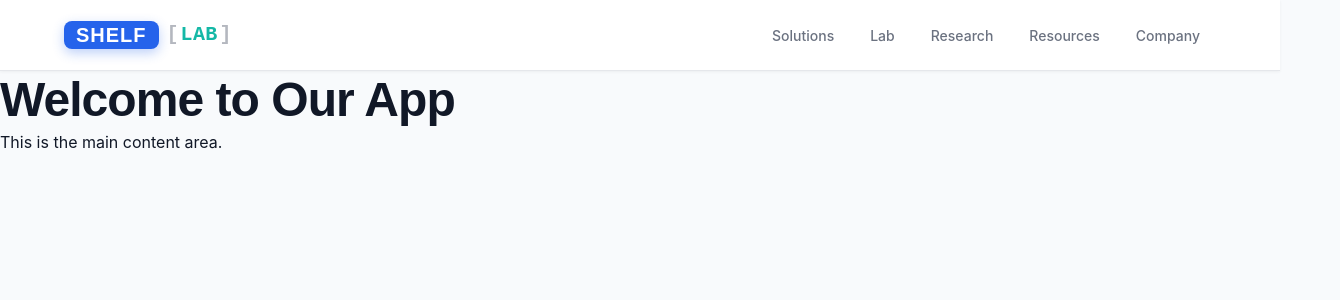
Repository: VladimirGagarin/shelf
Page: /
An editor plug-in stored every save of this project. The page is shown before and after a run of saves, followed by the edit.
The browser window is 1280 px wide. The page is 1340 px wide, so the pictures cover 1340 px, including what lies to the right of the window. The pictures show the whole page.
The project was rebuilt for these pictures with package versions that can differ from the ones it lists, and the page was loaded fresh each time. Also part of the build but not shown: vite.config.js, src/App.css, src/About/about.jsx.

Above is the page before, as saved 2026-07-13 18:20:41.

### index.html
<!doctype html>
<html lang="en">
  <head>
    <meta charset="UTF-8" />
    <link rel="icon" type="image/svg+xml" href="/favicon.svg" />
    <meta name="viewport" content="width=device-width, initial-scale=1.0" />
    <title>shelf-lab</title>
  </head>
  <body>
    <div id="root"></div>
    <script type="module" src="/src/main.jsx"></script>
  </body>
</html>

### src/main.jsx
import { StrictMode } from 'react'
import { createRoot } from 'react-dom/client'
import './index.css'
import App from './App.jsx'
import { createBrowserRouter, RouterProvider } from "react-router-dom";
import AboutPage from './About/about.jsx'

const router = createBrowserRouter([
  {
    path: "/",
    element: <App />,
  },
  {
    path: "/about",
    element: <AboutPage />,
  },
  {
    path:"*",
    element: <App/>,
  }
]);

createRoot(document.getElementById('root')).render(
  <StrictMode>
    <RouterProvider router={router} />
  </StrictMode>,
)

### src/App.jsx
import Navbar from "./Shared/components/Navbar"
import './App.css'

function App() {


  return (
    <>
      <Navbar />
      <section className="LandingPage">
        <h1>Welcome to Our App</h1>
        <p>This is the main content area.</p>
      </section>
      <section className="LandingPage"></section>
    </>
  )
}

export default App

### src/About/about.css
/* about.css */

/* ========================================
   ABOUT PAGE STYLES
   ======================================== */

   :root {
  /* ===== COLORS ===== */
  /* Backgrounds */
  --bg-primary: #F8FAFC;
  --bg-surface: #FFFFFF;
  --bg-card: #FFFFFF;

  /* Primary */
  --color-primary: #2563EB;
  --color-primary-hover: #1D4ED8;

  /* Accent */
  --color-accent: #14B8A6;

  /* Text */
  --color-text: #111827;
  --color-text-secondary: #6B7280;

  /* Borders */
  --color-border: #E5E7EB;

  /* Status */
  --color-success: #22C55E;
  --color-warning: #F59E0B;
  --color-danger: #EF4444;

  /* ===== TYPOGRAPHY ===== */
  /* Font Families */
  --font-heading: 'Space Grotesk', 'Sora', sans-serif;
  --font-body: 'Inter', -apple-system, BlinkMacSystemFont, 'Segoe UI', Roboto, sans-serif;
  --font-code: 'JetBrains Mono', 'Fira Code', 'Cascadia Code', monospace;

  /* Font Sizes */
  --text-xs: 0.75rem;    /* 12px */
  --text-sm: 0.875rem;   /* 14px */
  --text-base: 1rem;     /* 16px */
  --text-lg: 1.125rem;   /* 18px */
  --text-xl: 1.25rem;    /* 20px */
  --text-2xl: 1.5rem;    /* 24px */
  --text-3xl: 1.875rem;  /* 30px */
  --text-4xl: 2.25rem;   /* 36px */
  --text-5xl: 3rem;      /* 48px */

  /* Font Weights */
  --font-light: 300;
  --font-regular: 400;
  --font-medium: 500;
  --font-semibold: 600;
  --font-bold: 700;
}

/* ===== DARK THEME ===== */
@media (prefers-color-scheme: dark) {
  :root {
    /* Backgrounds */
    --bg-primary: #0B1220;
    --bg-surface: #111827;
    --bg-card: #1E293B;

    /* Primary */
    --color-primary: #3B82F6;
    --color-primary-hover: #2563EB;

    /* Accent */
    --color-accent: #2DD4BF;

    /* Text */
    --color-text: #F8FAFC;
    --color-text-secondary: #CBD5E1;

    /* Borders */
    --color-border: #334155;

    /* Status */
    --color-success: #22C55E;
    --color-warning: #FBBF24;
    --color-danger: #F87171;
  }
}

/* ========================================
   HERO SECTION
   ======================================== */

.hero-section {
  min-height: 80vh;
  display: flex;
  align-items: center;
  background: linear-gradient(135deg, var(--bg-primary) 0%, var(--bg-surface) 100%);
  padding: 4rem 2rem;
  position: relative;
  overflow: hidden;
}

.hero-content {
  flex: 1;
  max-width: 700px;
  position: relative;
  z-index: 2;
}

.hero-badge {
  display: inline-block;
  background: var(--color-primary);
  color: white;
  padding: 0.25rem 1rem;
  border-radius: 50px;
  font-size: var(--text-xs);
  font-weight: var(--font-semibold);
  text-transform: uppercase;
  letter-spacing: 0.05em;
  margin-bottom: 1.5rem;
}

.hero-content h1 {
  font-size: var(--text-5xl);
  font-weight: var(--font-bold);
  color: var(--color-text);
  margin-bottom: 0.5rem;
  letter-spacing: -0.02em;
}

.hero-content h2 {
  font-size: var(--text-3xl);
  font-weight: var(--font-medium);
  color: var(--color-primary);
  margin-bottom: 1.5rem;
}

.hero-description {
  font-size: var(--text-lg);
  color: var(--color-text-secondary);
  line-height: 1.8;
  max-width: 550px;
  margin-bottom: 2rem;
}

.cta-group {
  display: flex;
  gap: 1rem;
  flex-wrap: wrap;
}

.btn-primary {
  display: inline-flex;
  align-items: center;
  gap: 0.5rem;
  background: var(--color-primary);
  color: white;
  padding: 0.75rem 1.75rem;
  border-radius: 0.5rem;
  font-weight: var(--font-medium);
  text-decoration: none;
  transition: all 0.3s ease;
}

.btn-primary:hover {
  background: var(--color-primary-hover);
  transform: translateY(-2px);
  box-shadow: 0 10px 20px rgba(37, 99, 235, 0.3);
}

.btn-secondary {
  display: inline-flex;
  align-items: center;
  gap: 0.5rem;
  background: transparent;
  color: var(--color-text);
  padding: 0.75rem 1.75rem;
  border: 2px solid var(--color-border);
  border-radius: 0.5rem;
  font-weight: var(--font-medium);
  text-decoration: none;
  transition: all 0.3s ease;
}

.btn-secondary:hover {
  border-color: var(--color-primary);
  color: var(--color-primary);
  transform: translateY(-2px);
}

.hero-visual {
  flex: 1;
  position: relative;
  min-height: 400px;
}

.floating-shapes {
  position: relative;
  width: 100%;
  height: 100%;
}

.shape {
  position: absolute;
  border-radius: 50%;
  background: var(--color-primary);
  opacity: 0.1;
  animation: float 6s ease-in-out infinite;
}

.shape-1 {
  width: 200px;
  height: 200px;
  top: 20%;
  right: 20%;
  animation-delay: 0s;
}

.shape-2 {
  width: 150px;
  height: 150px;
  top: 50%;
  right: 50%;
  animation-delay: 2s;
  background: var(--color-accent);
}

.shape-3 {
  width: 100px;
  height: 100px;
  top: 10%;
  right: 60%;
  animation-delay: 4s;
  background: var(--color-success);
}

@keyframes float {
  0%, 100% { transform: translateY(0) rotate(0deg); }
  50% { transform: translateY(-20px) rotate(10deg); }
}

/* ========================================
   WHO WE ARE SECTION
   ======================================== */

.who-we-are-section {
  padding: 5rem 2rem;
  background: var(--bg-surface);
}

.section-container {
  max-width: 1200px;
  margin: 0 auto;
}

.section-header {
  text-align: center;
  margin-bottom: 3rem;
}

.section-tag {
  display: inline-block;
  color: var(--color-primary);
  font-size: var(--text-xs);
  font-weight: var(--font-semibold);
  text-transform: uppercase;
  letter-spacing: 0.1em;
  margin-bottom: 0.5rem;
}

.section-header h2 {
  font-size: var(--text-4xl);
  font-weight: var(--font-bold);
  color: var(--color-text);
  margin-bottom: 0.75rem;
}

.section-subtitle {
  font-size: var(--text-lg);
  color: var(--color-text-secondary);
  max-width: 600px;
  margin: 0 auto;
}

.who-we-are-grid {
  display: grid;
  grid-template-columns: 1fr 1fr;
  gap: 4rem;
  align-items: center;
}

.who-we-are-content p {
  font-size: var(--text-lg);
  color: var(--color-text-secondary);
  line-height: 1.8;
  margin-bottom: 1.5rem;
}

.who-we-are-stats {
  display: grid;
  grid-template-columns: 1fr 1fr 1fr;
  gap: 2rem;
}

.stat-item {
  text-align: center;
  padding: 2rem;
  background: var(--bg-primary);
  border-radius: 0.75rem;
  border: 1px solid var(--color-border);
}

.stat-number {
  display: block;
  font-size: var(--text-3xl);
  font-weight: var(--font-bold);
  color: var(--color-primary);
  margin-bottom: 0.5rem;
}

.stat-label {
  font-size: var(--text-sm);
  color: var(--color-text-secondary);
}

/* ========================================
   MISSION SECTION
   ======================================== */

.mission-section {
  padding: 5rem 2rem;
  background: linear-gradient(135deg, var(--bg-primary) 0%, var(--bg-surface) 100%);
}

.mission-grid {
  display: grid;
  grid-template-columns: 1fr 1fr;
  gap: 3rem;
  max-width: 1000px;
  margin: 0 auto;
}

.mission-card {
  background: var(--bg-card);
  padding: 3rem;
  border-radius: 1rem;
  border: 1px solid var(--color-border);
  text-align: center;
  transition: all 0.3s ease;
}

.mission-card:hover {
  transform: translateY(-5px);
  box-shadow: 0 20px 40px rgba(0, 0, 0, 0.08);
}

.mission-icon {
  font-size: 3rem;
  margin-bottom: 1rem;
}

.mission-card h3 {
  font-size: var(--text-2xl);
  font-weight: var(--font-bold);
  color: var(--color-text);
  margin-bottom: 1rem;
}

.mission-card p {
  color: var(--color-text-secondary);
  line-height: 1.8;
}

/* ========================================
   PRINCIPLES SECTION
   ======================================== */

.principles-section {
  padding: 5rem 2rem;
  background: var(--bg-surface);
}

.principles-cards {
  display: grid;
  grid-template-columns: repeat(auto-fit, minmax(250px, 1fr));
  gap: 2rem;
}

.principle-card {
  background: var(--bg-card);
  padding: 2.5rem 2rem;
  border-radius: 1rem;
  border: 1px solid var(--color-border);
  text-align: center;
  transition: all 0.3s ease;
}

.principle-card:hover {
  transform: translateY(-5px);
  border-color: var(--color-primary);
  box-shadow: 0 10px 30px rgba(37, 99, 235, 0.1);
}

.principle-icon-wrapper {
  display: inline-flex;
  align-items: center;
  justify-content: center;
  width: 64px;
  height: 64px;
  border-radius: 50%;
  background: var(--bg-primary);
  color: var(--color-primary);
  font-size: 1.5rem;
  margin-bottom: 1rem;
  transition: all 0.3s ease;
}

.principle-card:hover .principle-icon-wrapper {
  background: var(--color-primary);
  color: white;
}

.principle-card h3 {
  font-size: var(--text-xl);
  font-weight: var(--font-semibold);
  color: var(--color-text);
  margin-bottom: 0.5rem;
}

.principle-tagline {
  color: var(--color-primary);
  font-weight: var(--font-medium);
  margin-bottom: 0.75rem;
}

.principle-description {
  color: var(--color-text-secondary);
  font-size: var(--text-sm);
  line-height: 1.6;
}

/* ========================================
   WORKFLOW SECTION
   ======================================== */

.workflow-section {
  padding: 5rem 2rem;
  background: var(--bg-primary);
}

.workflow-steps {
  display: flex;
  justify-content: space-between;
  align-items: flex-start;
  gap: 1rem;
  overflow-x: auto;
  padding: 1rem 0;
}

.workflow-step-wrapper {
  display: flex;
  align-items: center;
  flex: 1;
  min-width: 140px;
}

.step-card {
  background: var(--bg-card);
  padding: 2rem 1.5rem;
  border-radius: 0.75rem;
  border: 1px solid var(--color-border);
  text-align: center;
  flex: 1;
  transition: all 0.3s ease;
  position: relative;
}

.step-card:hover {
  transform: translateY(-5px);
  border-color: var(--color-primary);
  box-shadow: 0 10px 30px rgba(37, 99, 235, 0.1);
}

.step-number {
  display: inline-flex;
  align-items: center;
  justify-content: center;
  width: 40px;
  height: 40px;
  border-radius: 50%;
  background: var(--color-primary);
  color: white;
  font-weight: var(--font-bold);
  margin-bottom: 1rem;
}

.step-icon {
  font-size: 1.5rem;
  color: var(--color-primary);
  margin-bottom: 0.75rem;
}

.step-card h3 {
  font-size: var(--text-base);
  font-weight: var(--font-semibold);
  color: var(--color-text);
  margin-bottom: 0.5rem;
}

.step-card p {
  font-size: var(--text-xs);
  color: var(--color-text-secondary);
}

.step-connector {
  color: var(--color-text-secondary);
  font-size: 1.5rem;
  padding: 0 0.5rem;
  flex-shrink: 0;
}

/* ========================================
   INDUSTRIES SECTION
   ======================================== */

.industries-section {
  padding: 5rem 2rem;
  background: var(--bg-surface);
}

.industries-grid {
  display: grid;
  grid-template-columns: repeat(auto-fit, minmax(250px, 1fr));
  gap: 2rem;
}

.industry-card {
  background: var(--bg-card);
  padding: 2.5rem 2rem;
  border-radius: 1rem;
  border: 1px solid var(--color-border);
  text-align: center;
  transition: all 0.3s ease;
}

.industry-card:hover {
  transform: translateY(-5px);
  box-shadow: 0 10px 30px rgba(0, 0, 0, 0.08);
}

.industry-icon {
  font-size: 2.5rem;
  color: var(--color-primary);
  margin-bottom: 1rem;
}

.industry-card h3 {
  font-size: var(--text-xl);
  font-weight: var(--font-semibold);
  color: var(--color-text);
  margin-bottom: 1rem;
}

.industry-items {
  list-style: none;
  padding: 0;
  margin: 0;
}

.industry-items li {
  padding: 0.5rem 0;
  color: var(--color-text-secondary);
  font-size: var(--text-sm);
  border-bottom: 1px solid var(--color-border);
}

.industry-items li:last-child {
  border-bottom: none;
}

/* ========================================
   WHY SHELFLAB SECTION
   ======================================== */

.why-shelflab-section {
  padding: 5rem 2rem;
  background: var(--bg-primary);
}

.why-shelflab-grid {
  display: grid;
  grid-template-columns: repeat(auto-fit, minmax(300px, 1fr));
  gap: 2rem;
}

.why-shelflab-card {
  background: var(--bg-card);
  padding: 3rem 2rem;
  border-radius: 1rem;
  border: 1px solid var(--color-border);
  text-align: center;
  transition: all 0.3s ease;
}

.why-shelflab-card:hover {
  transform: translateY(-5px);
  box-shadow: 0 10px 30px rgba(0, 0, 0, 0.08);
}

.pillar-icon {
  font-size: 3rem;
  color: var(--color-primary);
  margin-bottom: 1rem;
}

.why-shelflab-card h3 {
  font-size: var(--text-xl);
  font-weight: var(--font-semibold);
  color: var(--color-text);
  margin-bottom: 0.75rem;
}

.why-shelflab-card p {
  color: var(--color-text-secondary);
  line-height: 1.6;
}

/* ========================================
   CTA SECTION
   ======================================== */

.cta-section {
  padding: 5rem 2rem;
  background: linear-gradient(135deg, var(--color-primary) 0%, var(--color-primary-hover) 100%);
  text-align: center;
  position: relative;
  overflow: hidden;
}

.cta-section::before {
  content: '';
  position: absolute;
  top: -50%;
  right: -50%;
  width: 100%;
  height: 200%;
  background: rgba(255, 255, 255, 0.05);
  transform: rotate(30deg);
}

.cta-content {
  position: relative;
  z-index: 1;
  max-width: 700px;
  margin: 0 auto;
}

.cta-content h2 {
  font-size: var(--text-4xl);
  font-weight: var(--font-bold);
  color: white;
  margin-bottom: 1.5rem;
}

.cta-content p {
  font-size: var(--text-lg);
  color: rgba(255, 255, 255, 0.9);
  line-height: 1.8;
  margin-bottom: 2rem;
}

.btn-large {
  padding: 1rem 2.5rem;
  font-size: var(--text-lg);
  background: white;
  color: var(--color-primary);
}

.btn-large:hover {
  background: var(--bg-primary);
  transform: translateY(-3px);
  box-shadow: 0 15px 30px rgba(0, 0, 0, 0.2);
}

/* ========================================
   FOOTER
   ======================================== */

.footer {
  background: var(--bg-surface);
  border-top: 1px solid var(--color-border);
  padding: 3rem 2rem 1rem;
}

.footer-content {
  max-width: 1200px;
  margin: 0 auto;
  display: grid;
  grid-template-columns: 2fr 3fr;
  gap: 3rem;
  margin-bottom: 2rem;
}

.footer-brand h2 {
  font-size: var(--text-2xl);
  color: var(--color-primary);
  margin-bottom: 0.5rem;
}

.footer-brand p {
  color: var(--color-text-secondary);
}

.footer-links {
  display: grid;
  grid-template-columns: repeat(3, 1fr);
  gap: 2rem;
}

.footer-column h4 {
  font-size: var(--text-sm);
  font-weight: var(--font-semibold);
  color: var(--color-text);
  margin-bottom: 1rem;
}

.footer-column a {
  display: block;
  color: var(--color-text-secondary);
  text-decoration: none;
  padding: 0.25rem 0;
  font-size: var(--text-sm);
  transition: color 0.3s ease;
}

.footer-column a:hover {
  color: var(--color-primary);
}

.footer-bottom {
  max-width: 1200px;
  margin: 0 auto;
  padding-top: 2rem;
  border-top: 1px solid var(--color-border);
  text-align: center;
}

.footer-bottom p {
  color: var(--color-text-secondary);
  font-size: var(--text-sm);
}

/* ========================================
   RESPONSIVE DESIGN
   ======================================== */

@media (max-width: 1024px) {
  .hero-section {
    flex-direction: column;
    text-align: center;
    padding: 3rem 1.5rem;
  }

  .hero-content {
    max-width: 100%;
  }

  .hero-description {
    margin: 0 auto 2rem;
  }

  .cta-group {
    justify-content: center;
  }

  .who-we-are-grid {
    grid-template-columns: 1fr;
    gap: 2rem;
  }

  .mission-grid {
    grid-template-columns: 1fr;
    gap: 2rem;
  }

  .footer-content {
    grid-template-columns: 1fr;
    gap: 2rem;
  }
}

@media (max-width: 768px) {
  .hero-content h1 {
    font-size: var(--text-3xl);
  }

  .hero-content h2 {
    font-size: var(--text-2xl);
  }

  .hero-description {
    font-size: var(--text-base);
  }

  .who-we-are-stats {
    grid-template-columns: 1fr;
    gap: 1rem;
  }

  .workflow-steps {
    flex-direction: column;
    align-items: stretch;
  }

  .workflow-step-wrapper {
    flex-direction: column;
    min-width: auto;
  }

  .step-connector {
    transform: rotate(90deg);
    padding: 0.5rem 0;
  }

  .footer-links {
    grid-template-columns: 1fr 1fr;
  }

  .cta-content h2 {
    font-size: var(--text-3xl);
  }

  .principles-cards {
    grid-template-columns: 1fr 1fr;
  }
}

@media (max-width: 480px) {
  .hero-section {
    padding: 2rem 1rem;
    min-height: 60vh;
  }

  .hero-content h1 {
    font-size: var(--text-2xl);
  }

  .hero-content h2 {
    font-size: var(--text-xl);
  }

  .cta-group {
    flex-direction: column;
    align-items: center;
  }

  .btn-primary,
  .btn-secondary {
    width: 100%;
    justify-content: center;
  }

  .principles-cards {
    grid-template-columns: 1fr;
  }

  .industries-grid {
    grid-template-columns: 1fr;
  }

  .why-shelflab-grid {
    grid-template-columns: 1fr;
  }

  .footer-links {
    grid-template-columns: 1fr;
  }

  .section-header h2 {
    font-size: var(--text-3xl);
  }

  .mission-card {
    padding: 2rem 1.5rem;
  }
}

/* ========================================
   DARK THEME OVERRIDES
   ======================================== */

@media (prefers-color-scheme: dark) {
  .hero-section {
    background: linear-gradient(135deg, var(--bg-primary) 0%, var(--bg-surface) 100%);
  }

  .mission-section {
    background: linear-gradient(135deg, var(--bg-primary) 0%, var(--bg-surface) 100%);
  }

  .principle-card:hover {
    box-shadow: 0 10px 30px rgba(59, 130, 246, 0.15);
  }

  .stat-item {
    background: var(--bg-surface);
  }

  .cta-section {
    background: linear-gradient(135deg, #1D4ED8 0%, #1E3A8A 100%);
  }
}

/* ========================================
   ACCESSIBILITY
   ======================================== */

@media (prefers-reduced-motion: reduce) {
  * {
    animation-duration: 0.01ms !important;
    animation-iteration-count: 1 !important;
    transition-duration: 0.01ms !important;
  }
}

:focus-visible {
  outline: 2px solid var(--color-primary);
  outline-offset: 2px;
}

/* ========================================
   HERO TITLE WITH STYLED SHELF & LAB
   ======================================== */

.hero-title {
  font-size: var(--text-5xl);
  font-weight: var(--font-bold);
  color: var(--color-text);
  margin-bottom: 0.5rem;
  letter-spacing: -0.02em;
  display: flex;
  align-items: center;
  flex-wrap: wrap;
  gap: 0.25rem;
}

/* SHELF in a box */
.shelf-box {
  display: inline-block;
  background: var(--color-primary);
  color: white;
  padding: 0.1rem 0.75rem;
  border-radius: 0.5rem;
  font-family: var(--font-heading);
  font-weight: var(--font-bold);
  letter-spacing: 0.05em;
  position: relative;
  transition: all 0.3s ease;
  box-shadow: 0 4px 12px rgba(37, 99, 235, 0.3);
}

.shelf-box:hover {
  transform: scale(1.05);
  box-shadow: 0 8px 24px rgba(37, 99, 235, 0.4);
}

/* LAB in different font */
.lab-text {
  display: inline-block;
  font-family: var(--font-code);
  font-weight: var(--font-bold);
  color: var(--color-accent);
  letter-spacing: 0.02em;
  position: relative;
  padding: 0 0.25rem;
  transition: all 0.3s ease;
}

.lab-text::before {
  content: '[';
  color: var(--color-text-secondary);
  opacity: 0.5;
  margin-right: 0.1rem;
}

.lab-text::after {
  content: ']';
  color: var(--color-text-secondary);
  opacity: 0.5;
  margin-left: 0.1rem;
}

.lab-text:hover {
  color: var(--color-primary);
  transform: translateY(-2px);
}

/* Alternative: If you want LAB in a different color and font with badge style */
.lab-text-badge {
  display: inline-block;
  font-family: var(--font-code);
  font-weight: var(--font-bold);
  background: var(--bg-card);
  color: var(--color-accent);
  padding: 0.1rem 0.5rem;
  border-radius: 0.25rem;
  border: 2px solid var(--color-accent);
  letter-spacing: 0.05em;
  transition: all 0.3s ease;
}

.lab-text-badge:hover {
  background: var(--color-accent);
  color: white;
  transform: rotate(-2deg) scale(1.05);
}

/* ========================================
   RESPONSIVE ADJUSTMENTS FOR TITLE
   ======================================== */

@media (max-width: 768px) {
  .hero-title {
    font-size: var(--text-3xl);
    gap: 0.15rem;
  }

  .shelf-box {
    padding: 0.05rem 0.5rem;
    font-size: var(--text-3xl);
  }

  .lab-text {
    font-size: var(--text-3xl);
  }
}

@media (max-width: 480px) {
  .hero-title {
    font-size: var(--text-2xl);
    gap: 0.1rem;
  }

  .shelf-box {
    padding: 0.05rem 0.4rem;
    font-size: var(--text-2xl);
  }

  .lab-text {
    font-size: var(--text-2xl);
  }
}

Loaded but not shown: src/Shared/components/Navbar.css (606 lines, source omitted); src/index.css (384 lines, source omitted); src/Shared/components/Navbar.jsx (209 lines, source omitted)

After the next 2 saves:
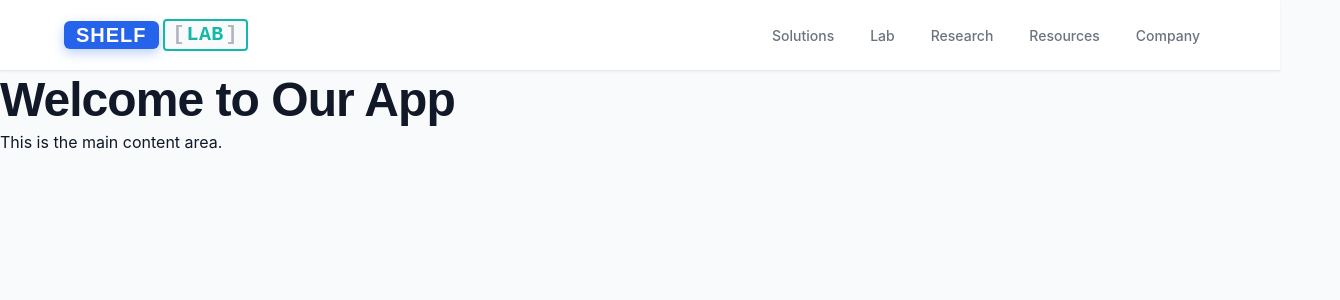
The 2 saves are shown as one change because they came seconds apart.
The last was saved 5 min 57 s later.
--- a/src/About/about.css
+++ b/src/About/about.css
@@ -1048,3 +1048,24 @@
     font-size: var(--text-2xl);
   }
 }
+
+.shelf-box {
+  display: inline-block;
+  background: var(--color-primary);
+  color: white;
+  padding: 0.1rem 0.75rem;
+  border-radius: 0.375rem;
+  font-family: var(--font-heading);
+  font-weight: var(--font-bold);
+  box-shadow: 0 4px 12px rgba(37, 99, 235, 0.3);
+}
+
+.lab-text {
+  font-family: var(--font-code);
+  font-weight: var(--font-bold);
+  color: var(--color-accent);
+  background: var(--bg-primary);
+  padding: 0.1rem 0.5rem;
+  border-radius: 0.25rem;
+  border: 2px solid var(--color-accent);
+}
